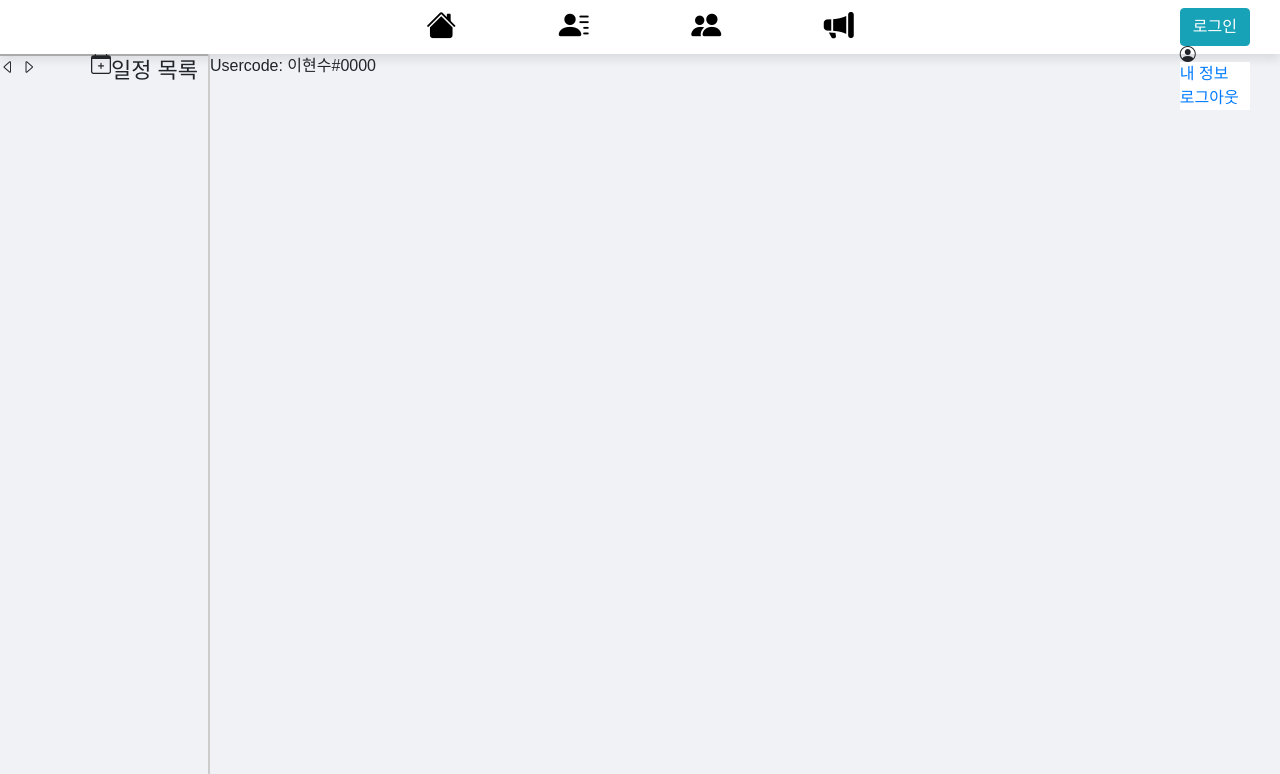
Repository: Hyeon330/Full_stack-code
Page: http://localhost/miniProject/
These files come from the project's save history. The page is drawn as it stood at one moment and after the next save; the edit follows.
The browser window is 1280 px wide. The pictures show the whole page.
Some web fonts or font styles are not loaded; a fallback is used. The page is served by Tomcat 9. Other server files are loaded and not shown.

Above is the page before, as saved 2022-03-20 09:07:55.

### 주요과제/Spring/miniProject/src/main/webapp/WEB-INF/views/home.jsp
<%@ page language="java" contentType="text/html; charset=utf-8" pageEncoding="utf-8"%>
<style>
#sidebar{
	height: 100%;
	width: 210px;
	border-right: 2px solid #ccc;
	overflow: hidden;
}
#sideTitle{
	padding: 0 10px;
	border-bottom: 2px solid #aaa;
}
#sideTitle > span:first-child {
	font-size: 22px;
}
#sideTitle > span {
	cursor: pointer;
	font-size: 20px;
	float: right;
}
</style>
<script type="text/javascript">
$(function(){
	// 다이얼로그 오픈
    $('#dialogOpen').click(function() {
        $('#dialog').dialog('open');
    });

    // 다이얼로그값 전체 리셋 함수
    const dialogReset = () => {
        $("#event-title").val('');
        $("#start-date").val('');
        $("#end-date").val('');
        $('#repet').each(function() {
            $(this).find('option:first').attr('selected',true);
        });
        $('#public').prop('checked', false);
        $('#event-color').val('#3788D8');
        $("#place").val('');
        $("#memo").val('');
    };

    // 다이얼로그 세팅
    $('#dialog').dialog({
        autoOpen: false, // 실행시 자동열림
        modal: true,
        buttons: {
            등록: function(){
                // ajax 처리
                dialogReset();
                $("#dialog").dialog('close');
            },
            초기화: dialogReset,
            취소: function(){
                dialogReset();
                $("#dialog").dialog('close');
            }
        }
    });

    // DatePicker 세팅
    $('#start-date, #end-date').datepicker({
        dateFormat: 'yy-mm-dd',
        monthNames: ['1월', '2월', '3월', '4월', '5월', '6월', '7월', '8월', '9월', '10월', '11월', '12월'],
        monthNamesShort: ['1월', '2월', '3월', '4월', '5월', '6월', '7월', '8월', '9월', '10월', '11월', '12월'],
        dayNames: ['일', '월', '화', '수', '목', '금', '토'],
        dayNamesMin: ['일', '월', '화', '수', '목', '금', '토'],
        showMonthAfterYear: true,
        yearSuffix: '년'
    });
});
</script>
<div id="sidebar">
    <div id="sideTitle">
        <span>일정 목록</span>
        <span>
        <div id="dialogOpen"><i class="bi bi-calendar-plus"></i></div>
        </span>
    </div>
    <div id="sideMonth">
        <i class="bi bi-caret-left" onclick="prevMonth()"></i>
        <span></span>
        <i class="bi bi-caret-right" onclick="nextMonth()"></i>
    </div>
    <div id="sideMain">
        <div id="listbox">
        </div>
    </div>
</div>
<!-- 다이얼로그 창 -->
<div id="dialog" title="일정 등록">
    <ul>
        <li><input type="text" id="event-title" name="event-title"  placeholder="제목"></li>
        <li><input type="text" id="start-date" name="start-date" placeholder="시작날짜(년-월-일)"></li>
        <li><input type="text" id="end-date" name="end-date" placeholder="종료날짜(년-월-일)"></li>
        <li>
            <select name="repet" id="repet">
                <option value="N">반복안함</option>
                <option value="D">매일반복</option>
                <option value="W">매주반복</option>
                <option value="M">매달반복</option>
                <option value="Y">매년반복</option>
            </select>
        </li>
        <li><label for="public">Public</label><input type="checkbox" id="public" name="public"></li>
        <li><label for="event-color">이벤트 색상</label><input type="color" id="event-color" name="event-color" value="#3788D8"></li>
        <li><input type="text" id="place" name="place" placeholder="장소"></li>
        <li><input type="text" id="memo" name="memo" placeholder="메모"></li>
    </ul>
</div>

### 주요과제/Spring/miniProject/src/main/webapp/inc/top.jspf
<%@ page language="java" contentType="text/html; charset=utf-8" pageEncoding="utf-8"%>
<%@ taglib uri="http://java.sun.com/jsp/jstl/core" prefix="c" %>
<c:set var="url" value="<%=request.getContextPath() %>"/>
<html>
<head>
<meta charset="UTF-8">
<title>Insert title here</title>
	<!-- 부트스트랩4, 부트스트랩 icon CSS -->
	<link rel="stylesheet" href="https://cdn.jsdelivr.net/npm/bootstrap-icons@1.8.1/font/bootstrap-icons.css">
    <link rel="stylesheet" href="https://cdn.jsdelivr.net/npm/bootstrap@4.6.1/dist/css/bootstrap.min.css" integrity="sha384-zCbKRCUGaJDkqS1kPbPd7TveP5iyJE0EjAuZQTgFLD2ylzuqKfdKlfG/eSrtxUkn" crossorigin="anonymous">

    <!-- jquery, 플러그인 CDN -->
    <link rel="stylesheet" href="${url}/jquery-ui/jquery-ui.min.css">
    <script src="https://ajax.googleapis.com/ajax/libs/jquery/3.6.0/jquery.min.js"></script>
    <script src="${url}/jquery-ui/jquery-ui.min.js"></script>

    <!-- 부트스트랩4 JS -->
    <script src="https://cdn.jsdelivr.net/npm/bootstrap@4.6.1/dist/js/bootstrap.bundle.min.js" integrity="sha384-fQybjgWLrvvRgtW6bFlB7jaZrFsaBXjsOMm/tB9LTS58ONXgqbR9W8oWht/amnpF" crossorigin="anonymous"></script>

    <!-- 풀캘린더 API -->
	<link href='${url}/fullcalendar/main.css' rel='stylesheet' />
    <script src='${url}/fullcalendar/main.js'></script>

    <link rel="stylesheet" href="${url}/css/base.css" type="text/css">
    <link rel="stylesheet" href="${url}/css/header.css" type="text/css">

</head>
<body>
<div id="header">
	<div id="icons">
	    <a href="index.html" class="disableLink"><i class="bi bi-house-fill" title="Home"></i></a>
	    <a href="friends.html"><i class="bi bi-person-lines-fill" title="Friends"></i></a>
	    <a href="#"><i class="bi bi-people-fill" title="Group"></i></a>
	    <a href="#"><i class="bi bi-megaphone-fill" title="Announcement"></i></a>
	</div>
    <div id="info">
        <a id="login-btn" href="${url}/login" type="button" class="btn btn-info">로그인</a>
        <div>
            <div id="userinfo">
                <i class="bi bi-person-circle"></i>
            </div>
        </div>
        <div id="info_menu">
            <ul>
                <a href="#"><li>내 정보</li></a>
                <a href="#"><li>로그아웃</li></a>
            </ul>
        </div>
    </div>
</div>
<div id="main">

### 주요과제/Spring/miniProject/src/main/webapp/inc/main.jspf
<%@ page language="java" contentType="text/html; charset=utf-8" pageEncoding="utf-8"%>
<%@ taglib uri="http://java.sun.com/jsp/jstl/core" prefix="c" %>
<div id="contentsBack">
	<div id=contents>
		<div id='usercode'>Usercode: 이현수#0000</div>
		<div id='calendar'></div>
		<!-- <script src="js/myCalendar.js"></script> -->
	</div>
</div>
</div>
</body>
</html>

### 주요과제/Spring/miniProject/src/main/webapp/css/base.css
@charset "UTF-8";
@import url('https://fonts.googleapis.com/css2?family=Do+Hyeon&display=swap');
body, div, p, ul, li {
	margin: 0;
	padding: 0;
}
ul, li{
	list-style-type: none;
}
ul {
	background: #fff;
}
body {
	background-color: #f0f2f5;
	font-family: 'Do Hyeon', sans-serif;
}
#main > div{
	float: left;
}

### 주요과제/Spring/miniProject/src/main/webapp/css/header.css
@charset "UTF-8";
#header {
	background-color: #fff;
	height: 54px;
	box-shadow: 0px 5px 10px rgba(0,0,0,0.1);
}
#icons{
	display: flex;
	justify-content: space-around;
	width: 530px;
	height: 54px;
	margin: 0 auto;
}
#icons > *{
	font-size: 30px;
	margin-top: 10px;
}
#icons a, #icons a:link, #icons a:visited{
	color: black;
}
#icons a:hover{
	color: #888;
	text-decoration: none;
}
#info {
	position: absolute;
	top: 8px;
	right: 30px;
}

Loaded but not shown: 주요과제/Spring/miniProject/src/main/webapp/jquery-ui/jquery-ui.min.css (library); 주요과제/Spring/miniProject/src/main/webapp/jquery-ui/jquery-ui.min.js (library); 주요과제/Spring/miniProject/src/main/webapp/fullcalendar/main.js (library); 주요과제/Spring/miniProject/src/main/webapp/fullcalendar/main.css (1494 lines, source omitted)

After the next save:
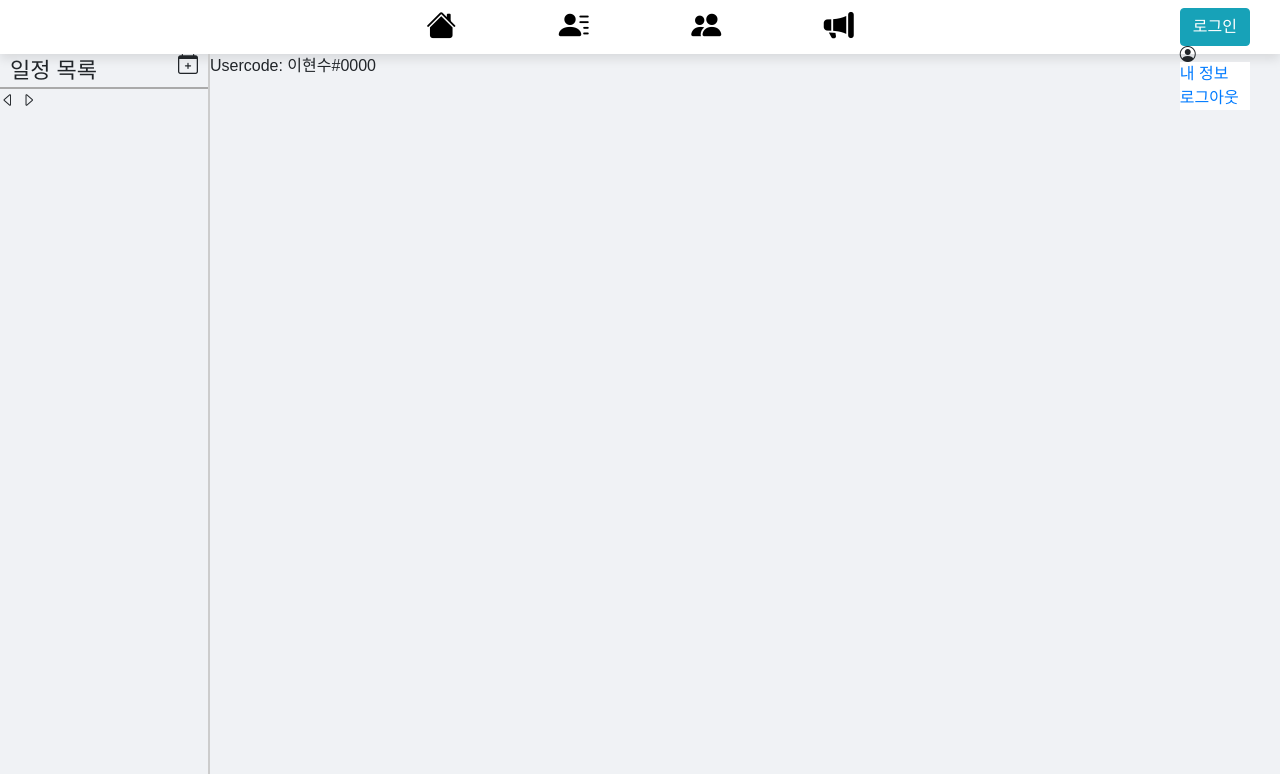
Saved 8 s later.
--- a/주요과제/Spring/miniProject/src/main/webapp/WEB-INF/views/home.jsp
+++ b/주요과제/Spring/miniProject/src/main/webapp/WEB-INF/views/home.jsp
@@ -13,7 +13,7 @@
 #sideTitle > span:first-child {
 	font-size: 22px;
 }
-#sideTitle > span {
+#sideTitle > span:last-child {
 	cursor: pointer;
 	font-size: 20px;
 	float: right;
